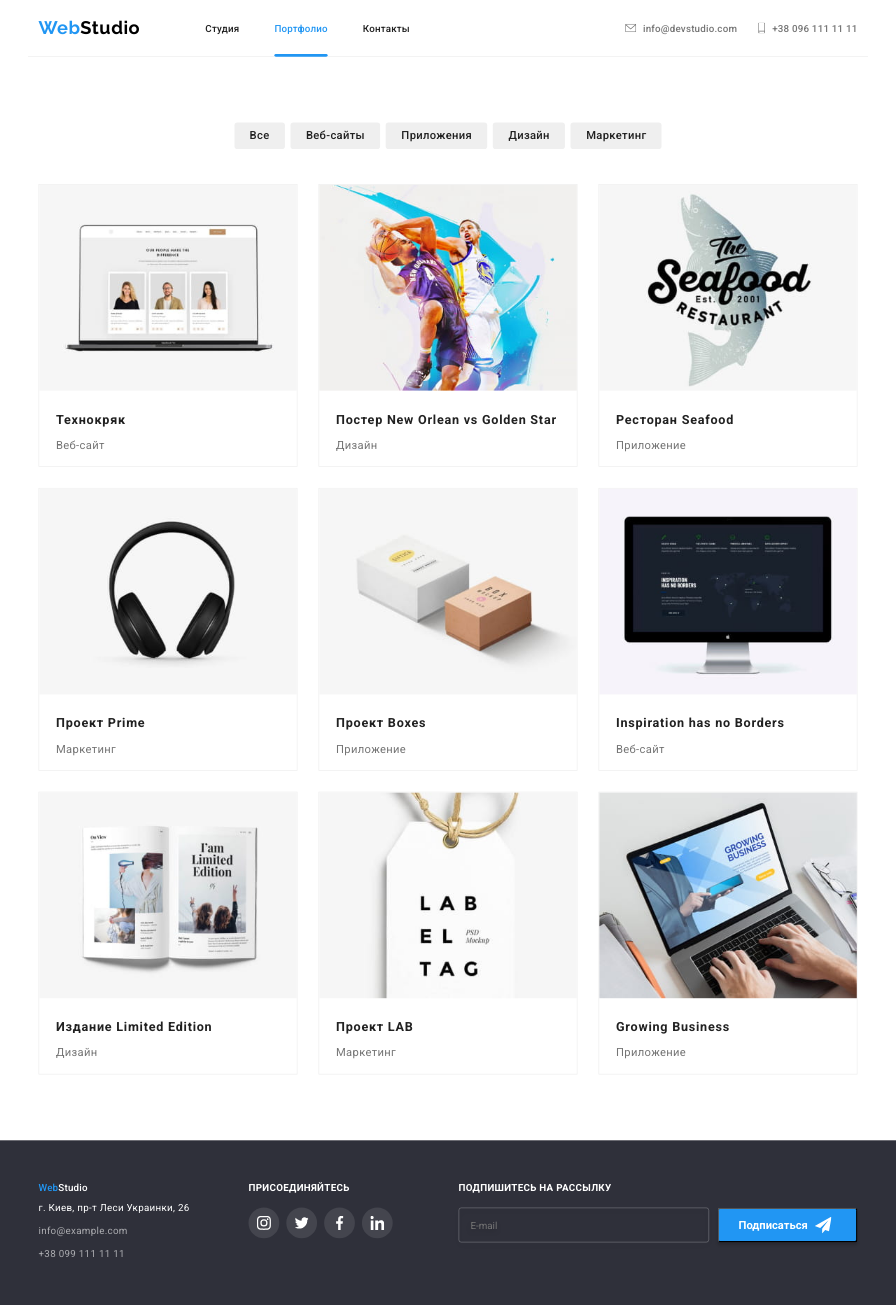
Repository: UliyaKucherernko/home-work-8
Page: porfolio.html
An editor plug-in stored every save of this project. The page is shown before and after the next save, followed by the edit.
The browser window is 1280 px wide. The pictures show the whole page, at 70% of full size.
Some web libraries are served in a nearby version. The style sheet was rebuilt from its Sass, Less or Tailwind sources for each picture, by a compiler version that may differ from the author's.

Above is the page before, as saved 2021-05-04 19:04:28.

### porfolio.html
<!DOCTYPE html>
<html lang="en">
<head>
   <meta charset="UTF-8" />
   <meta http-equiv="X-UA-Compatible" content="IE=edge" />
   <meta name="viewport" content="width=device-width, initial-scale=1.0" />
   <title>WebStudio Главная</title>
   <link rel="stylesheet"
      href="https://cdnjs.cloudflare.com/ajax/libs/modern-normalize/1.0.0/modern-normalize.min.css" />
   <link rel="preconnect" href="https://fonts.gstatic.com" />
   <link
      href="https://fonts.googleapis.com/css2?family=Raleway:wght@700&family=Roboto:wght@400;500;700;900&display=swap"
      rel="stylesheet" />
   <link rel="stylesheet" href="./css/styles.min.css" />
</head>
<body>
<header class="header">
   <div class="container header__container">
      <nav class="navigation">
         <a class="link header__logo" href="index.html">
            <span class="web">Web</span><span class="studio">Studio</span></a>
         <ul class="list">
            <li class="header__menu-item">
               <a href="./index.html" class="link header__menu-link">Студия</a>
            </li>
            <li class="header__menu-item">
               <a href="./porfolio.html" class="link header__menu-link current">Портфолио</a>
            </li>
            <li class="header__menu-item">
               <a href="" class="link header__menu-link">Контакты</a>
            </li>
         </ul>
      </nav>
      <div class="list header__contact-item">
         <a class="link header__link" href="mailto:info@devstudio.com">
            <svg class="header__icon" width="16" height="12">
               <use href="./images/icons-sprite.svg#icon-mail"></use>
            </svg>
            info@devstudio.com
         </a>
         <a class="link header__link" href="tel:+380961111111">
            <svg class="header__icon" width="10" height="16">
               <use href="./images/icons-sprite.svg#icon-phone"></use>
            </svg>
            +38 096 111 11 11
         </a>
      </div>
   </div>
</header>
     <!--что входит в портфолио-->
    <main>
      <section class="gallery">
         <div class="container">
          <ul class="list gallery__btn">
              <li><button class="gallery__btn-filtr" type="button">Все</button></li>
              <li><button class="gallery__btn-filtr" type="button">Веб-сайты</button></li>
              <li><button class="gallery__btn-filtr" type="button">Приложения</button></li>
              <li><button class="gallery__btn-filtr" type="button">Дизайн</button></li>
              <li><button class="gallery__btn-filtr" type="button">Маркетинг</button></li>
          </ul>
 <ul class="gallery__list">
      <div class="gallery__card">
         <div class="gallery__thumb">
            <li><img src="./images/1-monitor.jpg" alt="на мониторе 3 фотокарточки людей" width="370">
               <div class="gallery__overlay">
                  <p class="gallery__text-overlay">Технокряк это современная площадка распространения коронавируса.
                        Компании используют эту платформу для цифрового
                        шпионажа и атак на защищённые сервера конкурентов.</p>
               </div>
            </li>
         </div>
                  <div class="gallery__text">
                       <h3 class="gallery__name">Технокряк</h3>
                       <p class="gallery__main-name">Веб-сайт</p>
                  </div>
      </div>
      <div class="gallery__card">
         <div class="gallery__thumb">
            <li><img src="./images/2-nba.jpg" alt="2 прня играют в баскетбол" width="370">
               <div class="gallery__overlay">
                     <p class="gallery__text-overlay">New Orleans Pelicans — профессиональный баскетбольный клуб,
                         выступающий в Национальной баскетбольной ассоциации.
                     Изначально годом основания команды считался 1988 год.</p>
               </div>
            </li>
         </div>
                  <div class="gallery__text">
                     <h3 class="gallery__name">Постер New Orlean vs Golden Star</h3>
                        <p class="gallery__main-name">Дизайн</p>
                  </div>
      </div>
      <div class="gallery__card">
         <div class="gallery__thumb">
            <li><img src="./images/3-seafood.jpg" alt="рыбный ресторан" width="370">
               <div class="gallery__overlay">
                     <p class="gallery__text-overlay">Рыбный ресторан «Seafood» расположен по бульвару Леси Украинки, недалеко от станции метро Печерская. При входе
                     слева расположен большой аквариум со свежими устрицами.</p>
               </div>
            </li>
         </div>
                  <div class="gallery__text">
                     <h3 class="gallery__name">Ресторан Seafood</h3>
                     <p class="gallery__main-name">Приложение</p>
                  </div>
      </div>
      <div class="gallery__card">
         <div class="gallery__thumb">
            <li><img src="./images/4-prime.jpg" alt="наушники" width="370">
               <div class="gallery__overlay">
                  <p class="gallery__text-overlay">Наушники представляют собой пару небольших по размеру головных телефона или блока наушника,
                      надеваемых на голову или вставляемых прямо в ушные каналы.</p>
               </div>
            </li>
         </div>
                  <div class="gallery__text">
                     <h3 class="gallery__name">Проект Prime</h3>
                     <p class="gallery__main-name">Маркетинг</p>
                  </div>
      </div>

      <div class="gallery__card">
         <div class="gallery__thumb">
            <li><img src="./images/5-boxes.jpg" alt="2 коробки разного размера" width="370">
               <div class="gallery__overlay">
                  <p class="gallery__text-overlay">BOXES - изделие простой конструкции из картона или другого плотного материала
                      в форме многогранника</p>
               </div>
            </li>
         </div>
                  <div class="gallery__text">
                     <h3 class="gallery__name">Проект Boxes</h3>
                     <p class="gallery__main-name">Приложение</p>
                  </div>
      </div>

      <div class="gallery__card">
         <div class="gallery__thumb">
            <li><img src="./images/6-borders.jpg" alt="монитор борд с картой мира" width="370">
               <div class="gallery__overlay">
                  <p class="gallery__text-overlay">Реклама - аправление в маркетинговых коммуникациях, в рамках которого производится
                     распространение информации для привлечения
                  внимания к объекту рекламирования с целью формирования или поддержания интереса к нему.</p>
               </div>
            </li>
         </div>
                  <div class="gallery__text">
                     <h3 class="gallery__name">Inspiration has no Borders</h3>
                     <p class="gallery__main-name">Веб-сайт</p>
                  </div>
      </div>
      <div class="gallery__card">
         <div class="gallery__thumb">
            <li><img src="./images/7-magazine.jpg" alt="журнал" width="370">
               <div class="gallery__overlay">
                  <p class="gallery__text-overlay">Специальный вид издания художественного произведения, куда включены дополнительные материалы, отсутствующие в стандартной версии.</p>
               </div>
            </li>
         </div>
                  <div class="gallery__text">
                     <h3 class="gallery__name">Издание Limited Edition</h3>
                     <p class="gallery__main-name">Дизайн</p>
                  </div>
      </div>
      <div class="gallery__card">
         <div class="gallery__thumb">
            <li><img src="./images/8-labels.jpg" alt="белая этикетка бирка" width="370">
               <div class="gallery__overlay">
                  <p class="gallery__text-overlay">Label-графический или текстовый знак,
                     нанесённый в виде наклейки, бирки или талона на товар, экспонат, любой другой продукт
                  производства, с указанием торговой марки производителя.</p>
               </div>
            </li>
         </div>
                  <div class="gallery__text">
                     <h3 class="gallery__name">Проект LAB</h3>
                     <p class="gallery__main-name">Маркетинг</p>
                  </div>
      </div>
      <div class="gallery__card">
         <div class="gallery__thumb">
            <li><img src="./images/9-nout.jpg" alt="печатают на ноуте" width="370">
               <div class="gallery__overlay">
                  <p class="gallery__text-overlay">Offline/Online - работа, доступная для широких масс населения, использующая главные достоинства Интернета</p>
               </div>
            </li>
         </div>
                     <div class="gallery__text">
                        <h3 class="gallery__name">Growing Business</h3>
                        <p class="gallery__main-name">Приложение</p>
                     </div>
      </div>
   </ul>
      </div>
     </section>
    </main>

   <!--подвал-->
   <footer class="footer">
      <div class="container footer__container">
         <div class="footer__block">
            <a class="link footer__logo" href="index.html">
               <span class="web">Web</span><span class="footer__studio">Studio</span></a>
            <address>
               <ul class="footer__list">
                  <li>
                     <a href="" class="link footer__adress">г. Киев, пр-т Леси Украинки, 26</a>
                  </li>
                  <li>
                     <a href="mailto:info@example.com" class="link footer__contact">info@example.com</a>
                  </li>
                  <li>
                     <a href="+380991111111" class="link footer__contact">+38 099 111 11 11</a>
                  </li>
               </ul>
            </address>
         </div>
         <div class="footer__block">
            <p class="footer__sleng">присоединяйтесь</p>
            <ul class="social-icons">
               <li class="social-icon-item">
                  <a href="" class="social-icon-link footer__icon">
                     <svg>
                        <use href="./images/icons-sprite.svg#icon-instagram"></use>
                     </svg>
                  </a>
               </li>
               <li class="social-icon-item">
                  <a href="" class="social-icon-link footer__icon">
                     <svg>
                        <use href="./images/icons-sprite.svg#icon-twitter"></use>
                     </svg>
                  </a>
               </li>
               <li class="social-icon-item">
                  <a href="" class="social-icon-link footer__icon">
                     <svg>
                        <use href="./images/icons-sprite.svg#icon-facebook"></use>
                     </svg>
                  </a>
               </li>
               <li class="social-icon-item">
                  <a href="" class="social-icon-link footer__icon">
                     <svg>
                        <use href="./images/icons-sprite.svg#icon-linkedin"></use>
                     </svg>
                  </a>
               </li>
            </ul>
         </div>
         <div class="footer__block">
            <p class="footer__sleng">подпишитесь на рассылку</p>
            <form name="footer__form" class="footer__form" novalidate>
               <input type="email" name="email" class="footer__contact-form" id="user_email" placeholder="E-mail" />
               <button type="submit" class="footer__button">Подписаться
                  <svg class="footer__icon-send" width="24px" height="24px">
                     <use href="./images/icons-sprite.svg#icon-icon-send"></use>
                  </svg>
               </button>
            </form>
         </div>
      </div>
   </footer>
   </body>
   </html>

### sass/vendors/_modern-normalize.scss
/*! modern-normalize v1.0.0 | MIT License | https://github.com/sindresorhus/modern-normalize */*,::after,::before{box-sizing:border-box}:root{-moz-tab-size:4;tab-size:4}html{line-height:1.15;-webkit-text-size-adjust:100%}body{margin:0}body{font-family:system-ui,-apple-system,'Segoe UI',Roboto,Helvetica,Arial,sans-serif,'Apple Color Emoji','Segoe UI Emoji'}hr{height:0;color:inherit}abbr[title]{text-decoration:underline dotted}b,strong{font-weight:bolder}code,kbd,pre,samp{font-family:ui-monospace,SFMono-Regular,Consolas,'Liberation Mono',Menlo,monospace;font-size:1em}small{font-size:80%}sub,sup{font-size:75%;line-height:0;position:relative;vertical-align:baseline}sub{bottom:-.25em}sup{top:-.5em}table{text-indent:0;border-color:inherit}button,input,optgroup,select,textarea{font-family:inherit;font-size:100%;line-height:1.15;margin:0}button,select{text-transform:none}[type=button],[type=reset],[type=submit],button{-webkit-appearance:button}::-moz-focus-inner{border-style:none;padding:0}:-moz-focusring{outline:1px dotted ButtonText}:-moz-ui-invalid{box-shadow:none}legend{padding:0}progress{vertical-align:baseline}::-webkit-inner-spin-button,::-webkit-outer-spin-button{height:auto}[type=search]{-webkit-appearance:textfield;outline-offset:-2px}::-webkit-search-decoration{-webkit-appearance:none}::-webkit-file-upload-button{-webkit-appearance:button;font:inherit}summary{display:list-item}

### sass/utils/_variables.scss
:root {
  --main-text-color: #757575;
  --accent-color: #2196f3;
  --title-color: #212121;
  --dark-bg-color: #2f303a;
  --content-color: #ffffff;
  --team-color: #f5f4fa;
  --social-color: #afb1b8;
  --grid-item: 1;
}

### sass/base/_common.scss
:focus {
  outline: none;
}

*,
*::after,
*::before {
  box-sizing: inherit;
}

address {
  font-style: normal;
}

body {
  font-family: "Roboto", sans-serif;
  font-size: 14px;
  font-weight: 500;
  line-height: 16px;
  letter-spacing: 0.02em;
  text-align: left;
  color: var(--main-text-color);
  margin: 0;
}

.link {
  text-decoration: none;
  color: inherit;
}
h1,
h2,
h3,
p,
ul,
li {
  margin: 0;
  padding: 0;
}

.list {
  display: flex;
  justify-content: center;
  margin-top: 0;
  margin-bottom: 0;
  padding-left: 0;
  list-style: none;
}

### sass/base/_container.scss
.container {
  width: 1200px;
  padding-left: 15px;
  padding-right: 15px;
  margin-right: auto;
  margin-left: auto;
  box-sizing: border-box;
}

### sass/base/_logo.scss
.studio {
  color: #000000;
}

.web {
  color: var(--accent-color);
}

### sass/components/_button.scss
button:hover,
button:focus {
  background: var(--accent-color);
  color: var(--content-color);
  transition-duration: 250ms;
  transition-timing-function: cubic-bezier(0.4, 0, 0.2, 1);
}

button {
  cursor: pointer;
  font-family: inherit;
}

### sass/components/_social-icon.scss
.social-icons {
  display: inline-flex;
}

.social-icon-item {
  display: block;
}

.social-icon-item svg {
  width: 20px;
  height: 20px;
}

.social-icon-item:not(:last-child) {
  margin-right: 10px;
}

.social-icon-link {
  display: flex;
  justify-content: center;
  align-items: center;
  width: 44px;
  height: 44px;
  border-radius: 50%;
}

Loaded but not shown: sass/styles.scss (874 lines, source omitted)

After the next save:
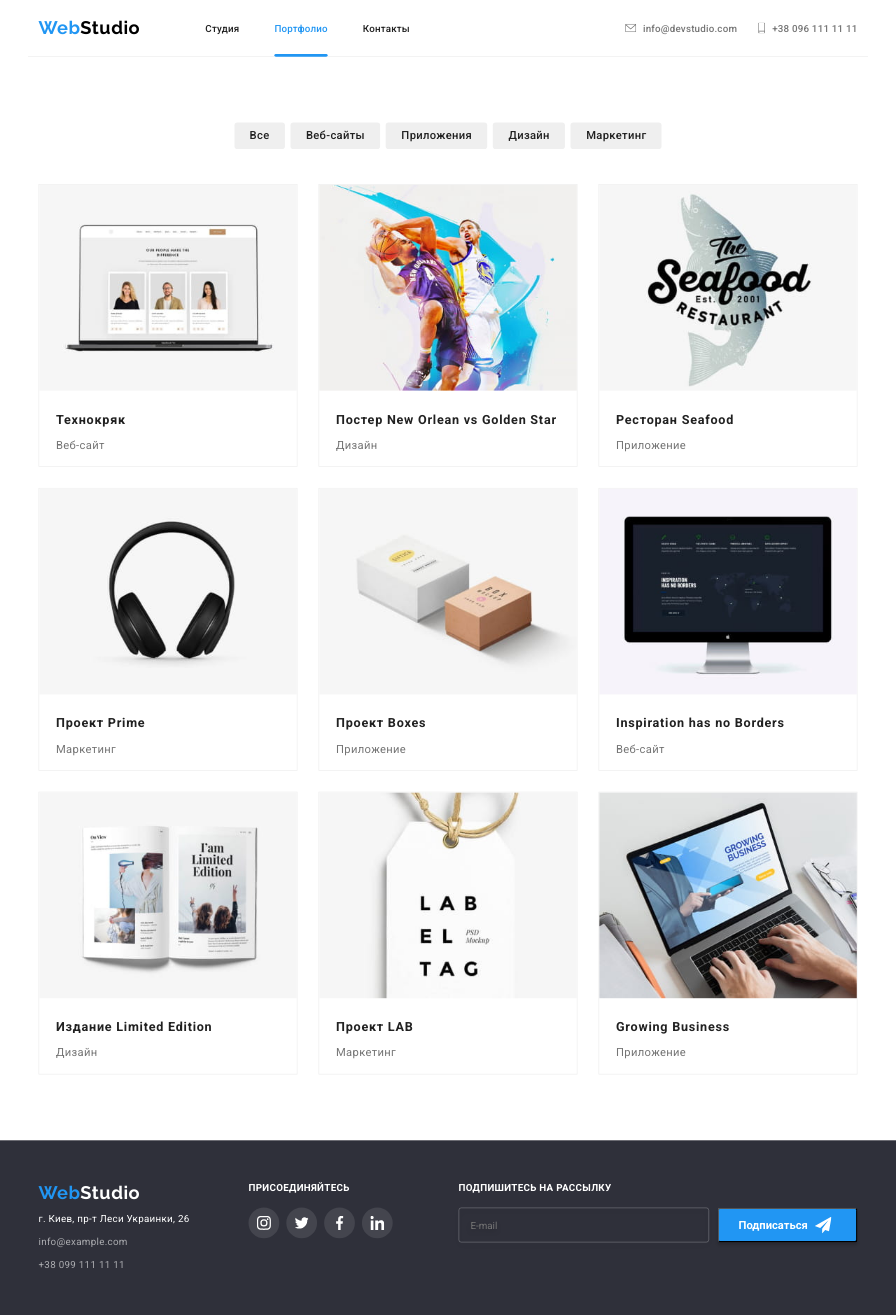
Saved 5 s later.
--- a/sass/base/_logo.scss
+++ b/sass/base/_logo.scss
@@ -5,3 +5,11 @@
 .web {
   color: var(--accent-color);
 }
+
+.footer__logo {
+  font-family: Raleway;
+  font-weight: 700;
+  font-size: 26px;
+  line-height: 1.19;
+  letter-spacing: 0.03em;
+}

After the 2 saves that followed:
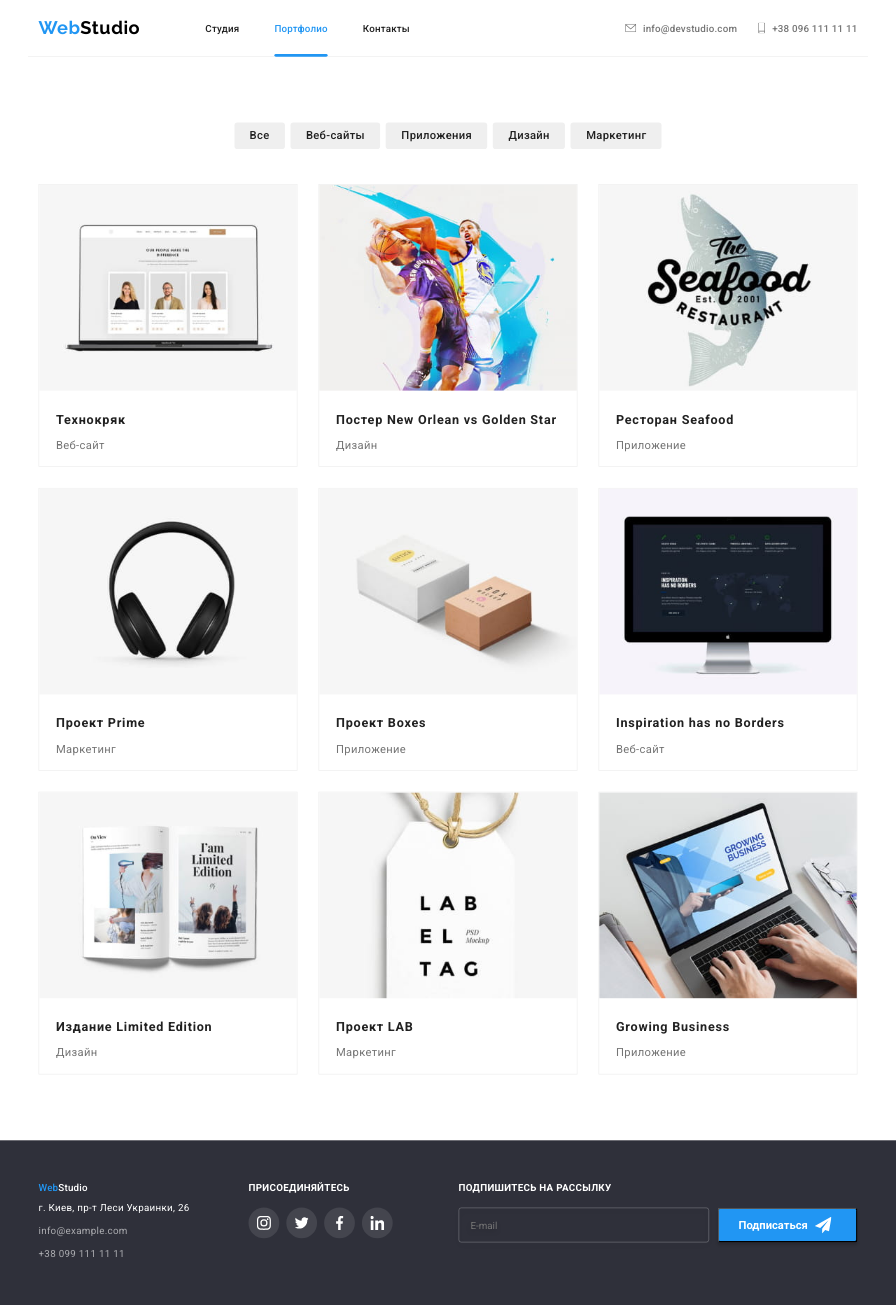
The 2 saves are shown as one change because 1 left the picture as it was.
The last was saved 6 min 19 s later.
--- a/sass/base/_logo.scss
+++ b/sass/base/_logo.scss
@@ -6,7 +6,7 @@
   color: var(--accent-color);
 }
 
-.footer__logo {
+.logo {
   font-family: Raleway;
   font-weight: 700;
   font-size: 26px;
